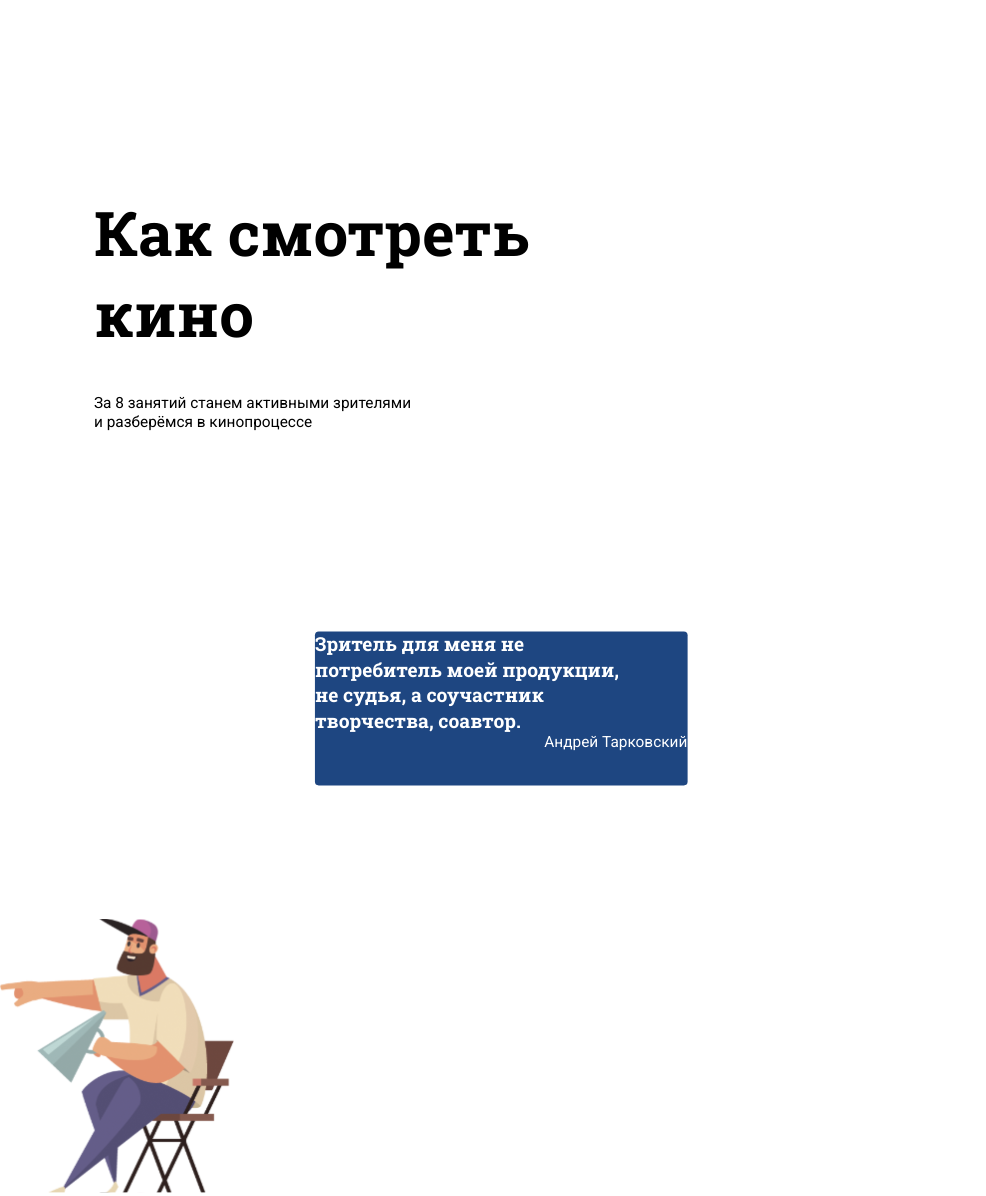
Repository: kubrazamanova/project1
Page: index.html
An editor plug-in stored every save of this project. The page is shown before and after the next save, followed by the edit.
The browser window is 1280 px wide. The pictures show the whole page, at 77% of full size.

Above is the page before, as saved 2023-09-09 12:31:29.

### index.html
<!DOCTYPE html>
<html lang="en">

<head>
  <meta charset="UTF-8" />
  <meta name="viewport" content="width=device-width, initial-scale=1.0" />
  <title>Document</title>
  <link rel="stylesheet" href="index.css" />
</head>

<body>
  <div class="container">
    <div class="text-container">
      <h1>Как смотреть кино</h1>
      <p>За 8 занятий станем активными зрителями и разберёмся в кинопроцессе</p>
    </div>
    <div class="card-box">
      <div class="blue">
        <h1> Зритель для меня не потребитель моей продукции, не судья, а соучастник творчества, соавтор. </h1>
        <br>
        <h2>Андрей Тарковский</h2>
      </div>
    </div>
    <img src="./noroot 1.svg" alt="">
  </div>

</body>
</html>

### index.css
@import url("https://fonts.googleapis.com/css2?family=Roboto+Slab:wght@700&family=Roboto:wght@400;700&display=swap");
* {
  margin: 0;
  padding: 0;
  box-sizing: border-box;
}

.text-container {
  padding: 248px 246px 174px 122px;
}
.card-box {
  padding: 87px 0 173px 409px;
}

.text-container h1 {
  margin-bottom: 51px;
  width: 628px;
  color: #000;
  font-family: Roboto Slab;
  font-size: 80px;
  font-style: normal;
  font-weight: 700;
}
.text-container p {
  width: 414px;
  color: #000;
  font-family: Roboto;
  font-size: 20px;
  font-style: normal;
  font-weight: 400;
}
 .img {
  width: 304px;
  height: 356px;
}
.blue {
  border-radius: 5px;
  background: #1e4681;
  width: 483.635px;
  height: 200px;
}

.blue h1 {
  width: 430.589px;
  height: 113px;
  color: #fff;
  font-family: Roboto Slab;
  font-size: 25px;
  font-style: normal;
  font-weight: 400;
}
.blue h2 {
  color: #fff;
  text-align: right;
  font-family: Roboto;
  font-size: 20px;
  font-style: normal;
  font-weight: 400;
}

After the next save:
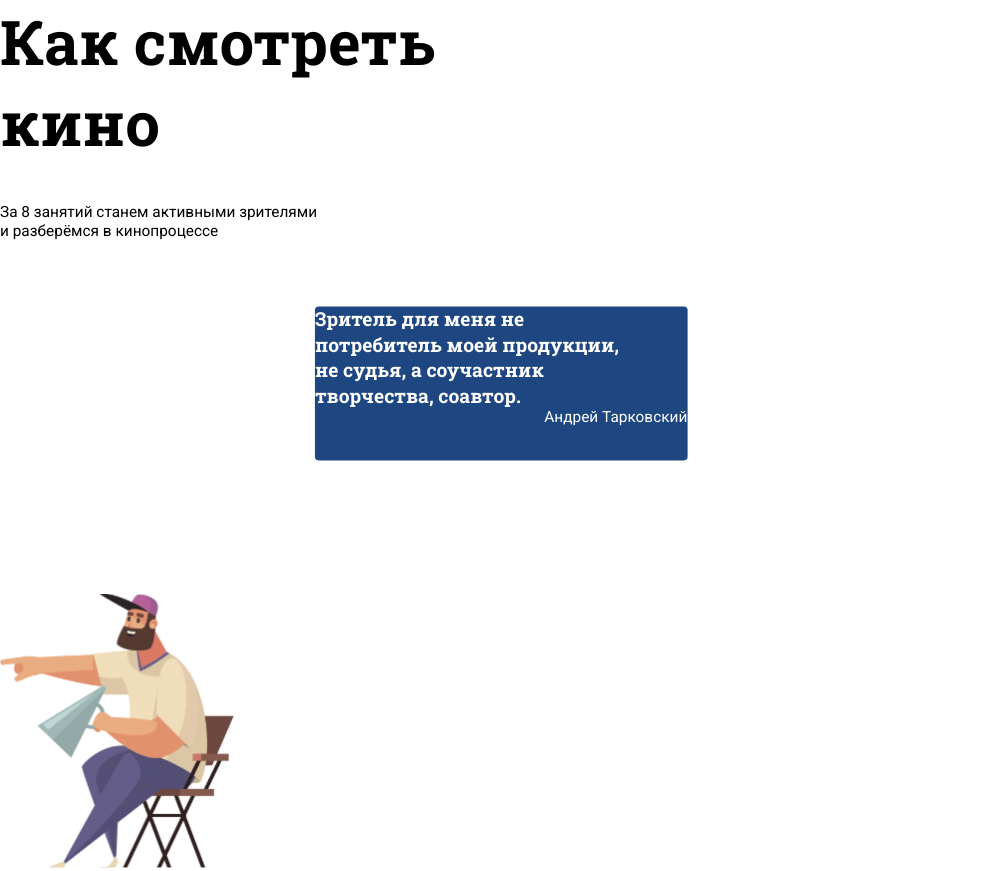
Saved 38 s later.
--- a/index.css
+++ b/index.css
@@ -6,7 +6,7 @@
 }
 
 .text-container {
-  padding: 248px 246px 174px 122px;
+  /* padding: 248px 246px 174px 122px; */
 }
 .card-box {
   padding: 87px 0 173px 409px;
